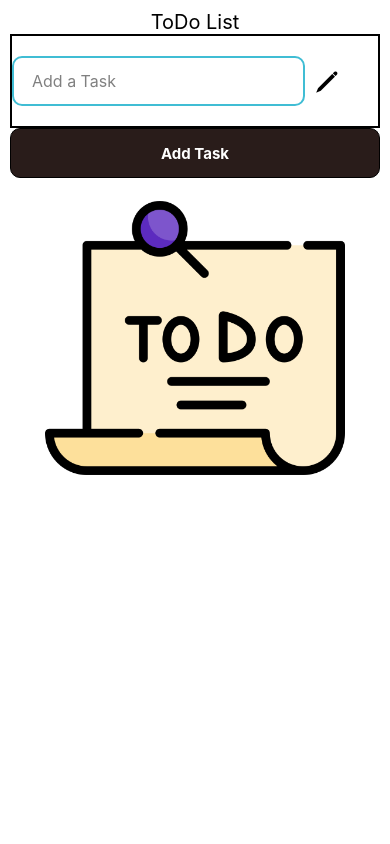
Repository: raisingh22/Projects
Screen: /
An editor plug-in stored every save of this project. The screen is shown before and after the next save, followed by the edit.
The app was drawn by React Native's web renderer in a window 390 px wide. The project was rebuilt for these pictures with package versions that can differ from the ones it lists, and the page was loaded fresh each time.

Above is the screen before, as saved 2024-01-22 14:08:12.

### App.js
import { View, Text, SafeAreaView } from 'react-native'
import React from 'react'
import ToDo from './src/ToDoList/screens/ToDo'

const App = () => {
  return (
   <SafeAreaView style={{
    flex:1
   }}>
     <ToDo/>
   </SafeAreaView>
  )
}

export default App

### src/ToDoList/screens/ToDo.js
import {StyleSheet, Text, TextInput, View} from 'react-native';
import React, {useState} from 'react';
import MyBtn from '../../components/MyBtn';
import MyFlatList from '../../components/MyFlatList';
import Icon from 'react-native-vector-icons/Ionicons';
import Icons from 'react-native-vector-icons/MaterialIcons';
import Fallback from '../../components/Fallback';

// import {IconButton} from 'react-native-paper';
const DummyData = [
  {
    id: '1',
    name: 'Wash Car',
  },
  {
    id: '2',
    name: 'Dusting',
  },
];
const ToDo = () => {
  const [toDo, setToDo] = useState('');
  const [data, setData] = useState([]);
  const [editTodo , setEditTodo] = useState(null);

  const handleAdd = () => {
    if(toDo === ''){
        return
    }
    setData([
      ...data,
      {
        id: Date.now(),
        title: toDo,
      },
    ]);
  };
  const handleEdit = toDo =>{

    setEditTodo(toDo)
    setToDo(toDo.title)

  }
  const handleUpdate = ()=>{
    const updateTodo = data.map((item)=>{
        if(item.id === editTodo.id) {
            return {...item, title: toDo}
        }
        return item

    })
    setData(updateTodo)
    setEditTodo(null)
    setToDo('')

  }
  const handleDeleteTodo = id => {
    const updateTodo = data.filter(toDo => toDo.id !== id);
    setData(updateTodo);
    console.log(data.length);
  };
  return (
    <View
      style={{
        margin: 10,
      }}>
      <Text style={{
        textAlign:'center',
        fontSize:20
      }}>ToDo List</Text>
      <View style={{
        flexDirection:'row',
        width:"100%",
        alignItems:'center',
        borderWidth: 2,

      }}>
      <TextInput
        placeholder="Add a Task"
        placeholderTextColor={'grey'}
        style={styles.textInput}
        value={toDo}
        onChangeText={text => setToDo(text)}
      />
       <Icon
              name="pencil"
              size={25}
              color='black'
              style={{
                marginHorizontal: 10,
              }}
              onPress={() => handleEdit(item)}
            />
      </View>
       {
        editTodo ?
        <MyBtn
        text={'Edit Task'}
        onPress={() => handleUpdate()}
        btnStyle={{backgroundColor: '#291c1a'}}
        textStyle={{
          fontSize: 15,
          fontWeight: 'bold',
        }}
      /> :
      <MyBtn
        text={'Add Task'}
        onPress={() => handleAdd()}
        btnStyle={{backgroundColor: '#291c1a'}}
        textStyle={{
          fontSize: 15,
          fontWeight: 'bold',
        }}
      />
      }
      <MyFlatList
        data={data}
        renderItem={(item, index) => (
          <View
            style={{
              flexDirection: 'row',
              alignItems: 'center',
              padding: 15,
              borderWidth: 1,
              marginVertical: 5,
              borderRadius: 10,
              marginHorizontal: 10,
              backgroundColor: index % 2 === 0 ? '#d4a7a1' : '#1cd9cf',
              shadowColor:'#000',
              shadowOffset:{
                  width:0,
                  height:1
              },
              shadowOpacity:1,
              shadowRadius:4
            }}>
            <Text
              style={{
                fontWeight: '800',
                fontSize: 19,
                color: 'black',
                flex: 1,
              }}>
              {item.title}
            </Text>
            <Icon
              name="pencil"
              size={25}
              style={{
                marginHorizontal: 10,
              }}
              onPress={() => handleEdit(item)}
            />
            <Icons
              name="delete"
              size={25}
              onPress={() => handleDeleteTodo(item.id)}
            />
          </View>
        )}
      />
      {
        data.length <=0 && <Fallback/>
      }
    </View>
  );
};

export default ToDo;

const styles = StyleSheet.create({
  textInput: {
    width: '80%',
    height: 50,
    marginVertical: 20,
    borderWidth: 2,
    paddingVertical: 14,
    paddingHorizontal: 18,
    fontSize: 16,
    borderColor: '#40bdd4',
    borderRadius: 10,
    color: 'red',

  },
});

### src/components/MyBtn.js
import {StyleSheet, Text, TouchableOpacity, View} from 'react-native';
import React from 'react';

const MyBtn = ({text, onPress, btnStyle , textStyle}) => {
  return (
    <TouchableOpacity style={[styles.btn, btnStyle]} onPress={onPress}>
      <Text style={[styles.btnText, textStyle]} >{text}</Text>
    </TouchableOpacity>
  );
};

export default MyBtn;

const styles = StyleSheet.create({
  btn: {
    width: '100%',
    height: 50,
    backgroundColor: 'black',
    borderWidth: 1,
    borderRadius: 10,
    alignItems: 'center',
    justifyContent: 'center',
  },
  btnText: {
    color: 'white',
    // You can add more text styles here if needed
  },
});

### src/components/MyFlatList.js
import {FlatList, StyleSheet, Text, View} from 'react-native';
import React from 'react';

const MyFlatList = ({data, renderItem = (item, index) => {}, bounces}) => {
  return (
    <FlatList
      bounces={bounces}
      data={data}
      renderItem={({item, index}) => renderItem(item, index)}
      keyExtractor={item => item.id.toString()}
      style={styles.list}
    />
  );
};

export default MyFlatList;

const styles = StyleSheet.create({
  list: {
    marginVertical: 5,
    // flex: 1, // Example: Expand the FlatList to fill available space
    // backgroundColor: 'lightgray', // Example: Set background color
    // height:"50%"
  },
});

### src/components/Fallback.js
import {Image, StyleSheet, Text, View} from 'react-native';
import React from 'react';

const Fallback = () => {
  return (
    <View
      style={{
        alignItems: 'center',
      }}>
      <Image
        //  resizeMode="center"
        style={{
          height: 300,
          width: 300,
        }}
        source={require('../asstes/to-do-list.png')}
      />
    </View>
  );
};

export default Fallback;

const styles = StyleSheet.create({});

After the next save:
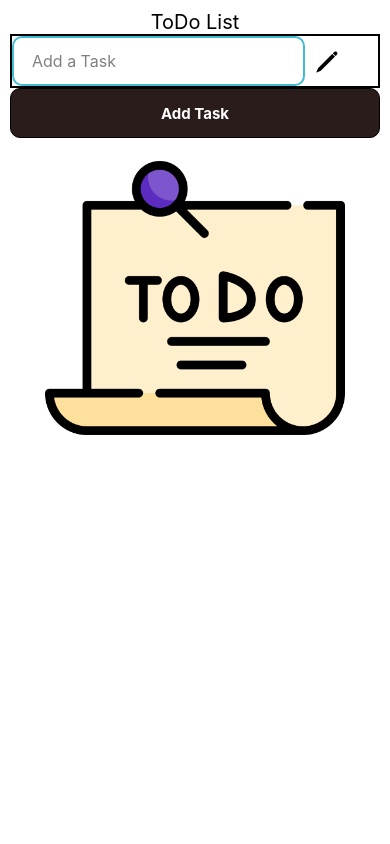
Saved 6 s later.
--- a/src/ToDoList/screens/ToDo.js
+++ b/src/ToDoList/screens/ToDo.js
@@ -171,7 +171,7 @@ const styles = StyleSheet.create({
   textInput: {
     width: '80%',
     height: 50,
-    marginVertical: 20,
+    // marginVertical: 20,
     borderWidth: 2,
     paddingVertical: 14,
     paddingHorizontal: 18,
